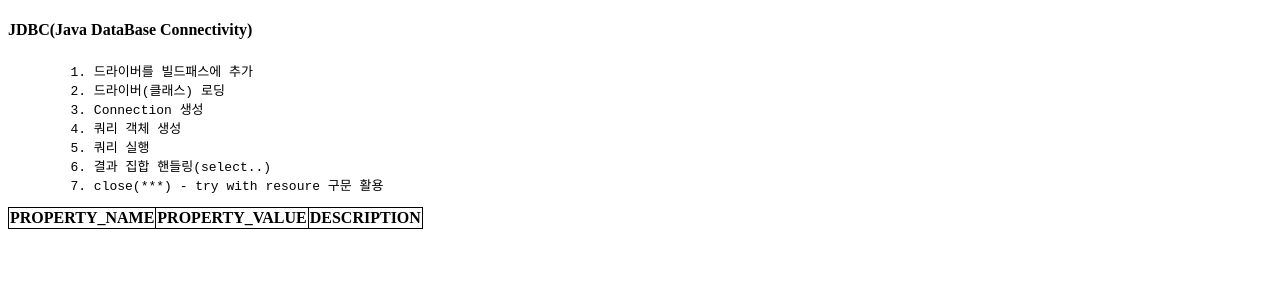
Repository: hoseolkim/amoe2
Page: http://localhost/WebStudy03_Mybatis/13/jdbcDesc.jsp
The author's editor kept a copy of each file at every save. The page is drawn from the files as they stood at one save, then again after the next save.
The browser window is 1280 px wide. The pictures show the whole page.
The page is served by Tomcat 9. Other server files are loaded and not shown. Queries for data that is not in the repository find no rows.

Above is the page before, as saved 2023-09-19 05:10:55.

### WebStudy03_Mybatis/src/main/webapp/13/jdbcDesc.jsp
<%@page import="java.util.HashMap"%>
<%@page import="java.util.Map"%>
<%@page import="java.util.ArrayList"%>
<%@page import="java.util.List"%>
<%@page import="java.sql.ResultSetMetaData"%>
<%@page import="java.sql.ResultSet"%>
<%@page import="java.sql.Statement"%>
<%@page import="java.sql.DriverManager"%>
<%@page import="java.sql.Connection"%>
<%@ page language="java" contentType="text/html; charset=UTF-8"
    pageEncoding="UTF-8"%>
<!DOCTYPE html>
<html>
<head>
<meta charset="UTF-8">
<title>13/jdbcDesc.jsp</title>
<style>
	table {
		border-collapse: collapse;
	}
	th, td {
		border : 1px solid black;
	}
</style>
</head>
<body>
<h4>JDBC(Java DataBase Connectivity)</h4>
<pre>
	1. 드라이버를 빌드패스에 추가
	2. 드라이버(클래스) 로딩
	3. Connection 생성
	4. 쿼리 객체 생성
	5. 쿼리 실행
	6. 결과 집합 핸들링(select..)
	7. close(***) - try with resoure 구문 활용
</pre>
<%
	Class.forName("oracle.jdbc.driver.OracleDriver");

	String url = "jdbc:oracle:thin:@localhost:1521:xe";
	String user = "pc17_2";
	String password = "java";
	StringBuffer sb = new StringBuffer();
	List<Map<String,Object>> list = new ArrayList<>();
	try(
		Connection conn = DriverManager.getConnection(url, user, password);
		Statement stmt =  conn.createStatement();
	){

		StringBuffer sql = new StringBuffer();
		sql.append("	select property_name, property_value, description ");
		sql.append("	from database_properties                          ");
		ResultSet rs =  stmt.executeQuery(sql.toString());
// 		ResultSetMetaData rsmd = rs.getMetaData();
		while(rs.next()){
			Map<String,Object> record = new HashMap<>();
			record.put("propertyName",rs.getString("property_name".toUpperCase()));
			record.put("propertyValue",rs.getString("property_value".toUpperCase()));
			record.put("description",rs.getString("description".toUpperCase()));
		}

// 		String ptrn = "<td>%s</td><td>%s</td><td>%s</td>";
// 		while(rs.next()){
// 			sb.append("<tr>");
// 			sb.append(String.format(ptrn, rs.getString("PROPERTY_NAME"),rs.getString("PROPERTY_VALUE"),rs.getString("DESCRIPTION")));
// 			sb.append("</tr>");
// 		}
	}
%>
<table>
	<thead>
		<tr>
			<th>PROPERTY_NAME</th>
			<th>PROPERTY_VALUE</th>
			<th>DESCRIPTION</th>
		</tr>
	</thead>
	<tbody>
		<%=sb.toString() %>
	</tbody>
</table>
</body>
</html>

After the next save:
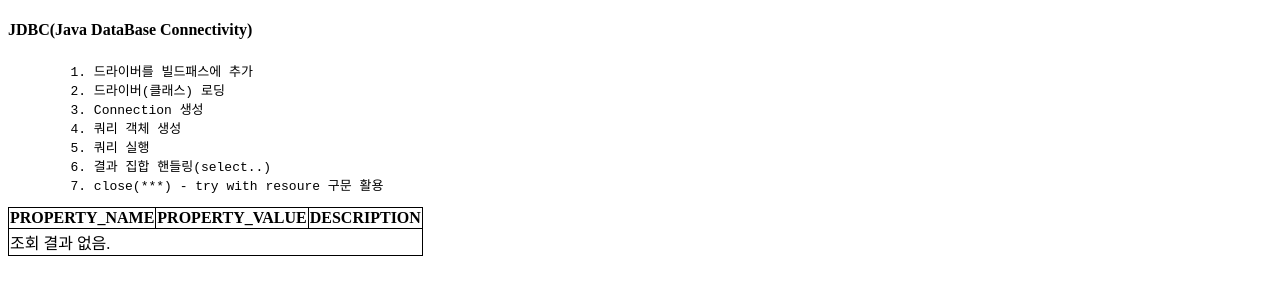
Saved 4 min 19 s later.
--- a/WebStudy03_Mybatis/src/main/webapp/13/jdbcDesc.jsp
+++ b/WebStudy03_Mybatis/src/main/webapp/13/jdbcDesc.jsp
@@ -76,7 +76,25 @@
 		</tr>
 	</thead>
 	<tbody>
-		<%=sb.toString() %>
+<%-- 		<%=sb.toString() %> --%>
+		<%
+			if(list.isEmpty()){
+				%>
+				<tr>
+					<td colspan="3">조회 결과 없음.</td>
+				</tr>
+		<%
+			}else{
+				for(Map<String,Object> record : list){
+		%>
+					<tr>
+						<td><%=record.get("propertyName") %></td>
+					</tr>
+		<%
+				}
+			}
+		%>
+
 	</tbody>
 </table>
 </body>
